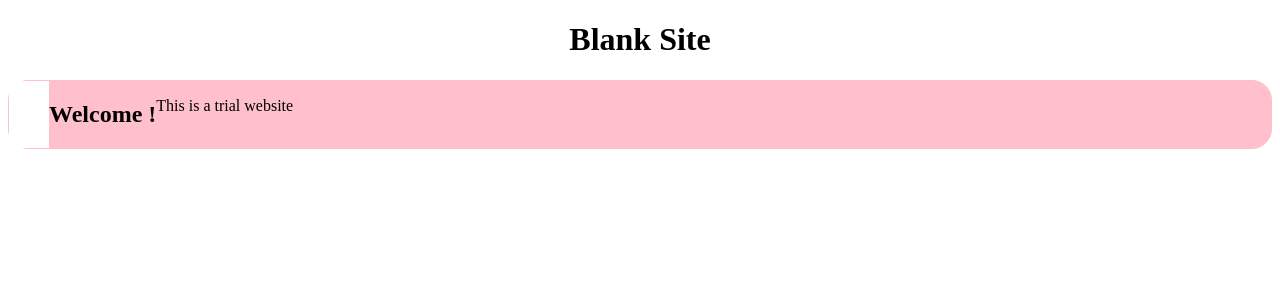
Repository: yhung004/Blank_Project
Page: index.html
These files come from the project's save history. The page is drawn as it stood at one moment and after the next save; the edit follows.
The browser window is 1280 px wide. The pictures show the whole page.

Above is the page before, as saved 2024-04-04 00:03:32.

After the next save:
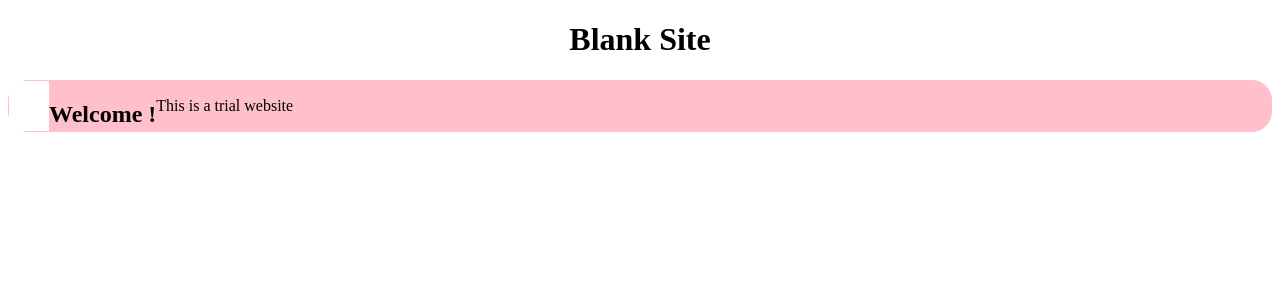
Saved 27 s later.
--- a/index.css
+++ b/index.css
@@ -7,6 +7,7 @@ div.main {
     border: 1px solid pink;
     border-radius: 20px;
     display:flex;
+    max-height:50px;
 }
 div.main2 {
     background-color:white;
